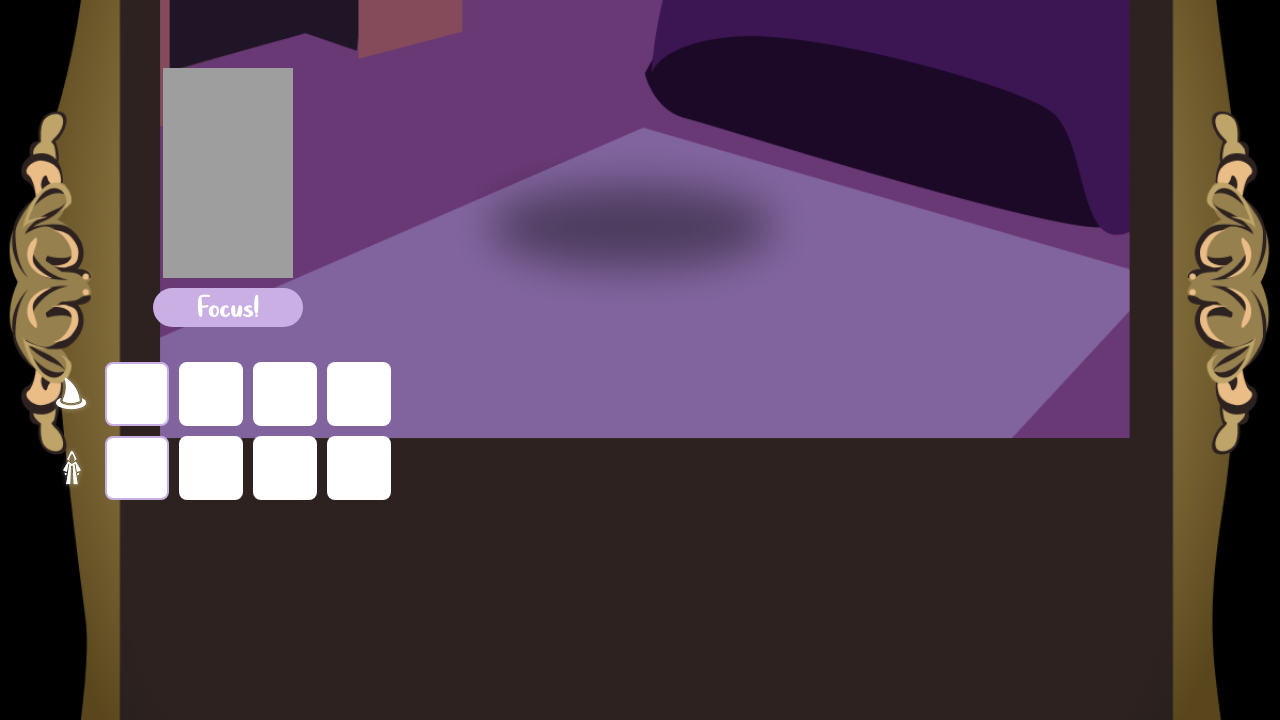
Repository: zhangolivia7/Little-Witch-Alcove
Page: popup.html
An editor plug-in stored every save of this project. The page is shown before and after the next save, followed by the edit.
The browser window is 1280 px wide. The pictures show the whole page.
Pictures or frames that could not be fetched are drawn as grey boxes.

Above is the page before, as saved 2025-11-15 16:55:36.

### popup.html
<!DOCTYPE html>
<html>
  <head>
    <title>Little Witch Alcove</title>
    <link rel="stylesheet" href="popup.css">
  </head>
  <body>
    <div>
        <img src="Assets/Witch.png" alt="Witch" id="witch-img">
    </div>
    <button id="focus-btn">Focus!</button>

    <div id="customization">
        <div class="category-row">
            <img src="Assets/Icons/Hat Category.svg" alt="Hat" class="category-icon">
            <div class="items-scroll">
                <div class="item-slot selected"></div>
                <div class="item-slot"></div>
                <div class="item-slot"></div>
                <div class="item-slot"></div>
            </div>
        </div>
        <div class="category-row">
            <img src="Assets/Icons/Robe Category.svg" alt="Robe" class="category-icon">
            <div class="items-scroll">
                <div class="item-slot selected"></div>
                <div class="item-slot"></div>
                <div class="item-slot"></div>
                <div class="item-slot"></div>
            </div>
        </div>
    </div>

    <script src="popup.js"></script>
  </body>
</html>

### popup.css
@font-face {
    font-family: 'QuiteMagical';
    src: url('Assets/Font/QuiteMagicalRegular.ttf');
}

body {
    width: 400px;
    height: 500px;
    background-image: url('Assets/No UI.png');
    background-repeat: no-repeat;
    background-position: center center;
    background-size: cover;
    background-color: black;
    padding: 20px;
    font-family: 'QuiteMagical';
  }

  h1 {
    font-size: 18px;
    text-align: center;
  }

  #focus-btn {
    width: 150px;
    margin: 10px auto 0 auto;
    padding: 5px 2px 0px 2px;
    border-radius: 25px;
    background: #CAAFE5;
    color: white;
    font-family: 'QuiteMagical';
    font-size: 36px;
    border: none;
    cursor: pointer;
    display: block;
  }

  #witch-img {
    width: 130px;
    height: 210px;
    margin: 40px auto 0 auto;
    display: block;
  }

  #customization {
    margin-top: 25px;
    padding: 10px 0;
  }

  .category-row {
    display: flex;
    align-items: center;
    margin-bottom: 10px;
    gap: 10px;
    margin-left: 25px;
  }

  .category-icon {
    width: 42px;
    height: 42px;
    flex-shrink: 0;
    color: white;
  }

  .items-scroll {
    display: flex;
    gap: 10px;
    overflow-x: auto;
    overflow-y: hidden;
    flex: 1;
    scrollbar-width: none;
    -ms-overflow-style: none;
  }

  .items-scroll::-webkit-scrollbar {
    display: none;
  }

  .item-slot {
    width: 60px;
    height: 60px;
    background: white;
    border-radius: 8px;
    flex-shrink: 0;
    border: 2px solid transparent;
  }

  .item-slot.selected {
    border: 2px solid #CAAFE5;
  }

### popup.js
document.getElementById("focus-btn").addEventListener("click", () => {
    alert("Hex of Concentration activated! 🔮");
  });

After the next save:
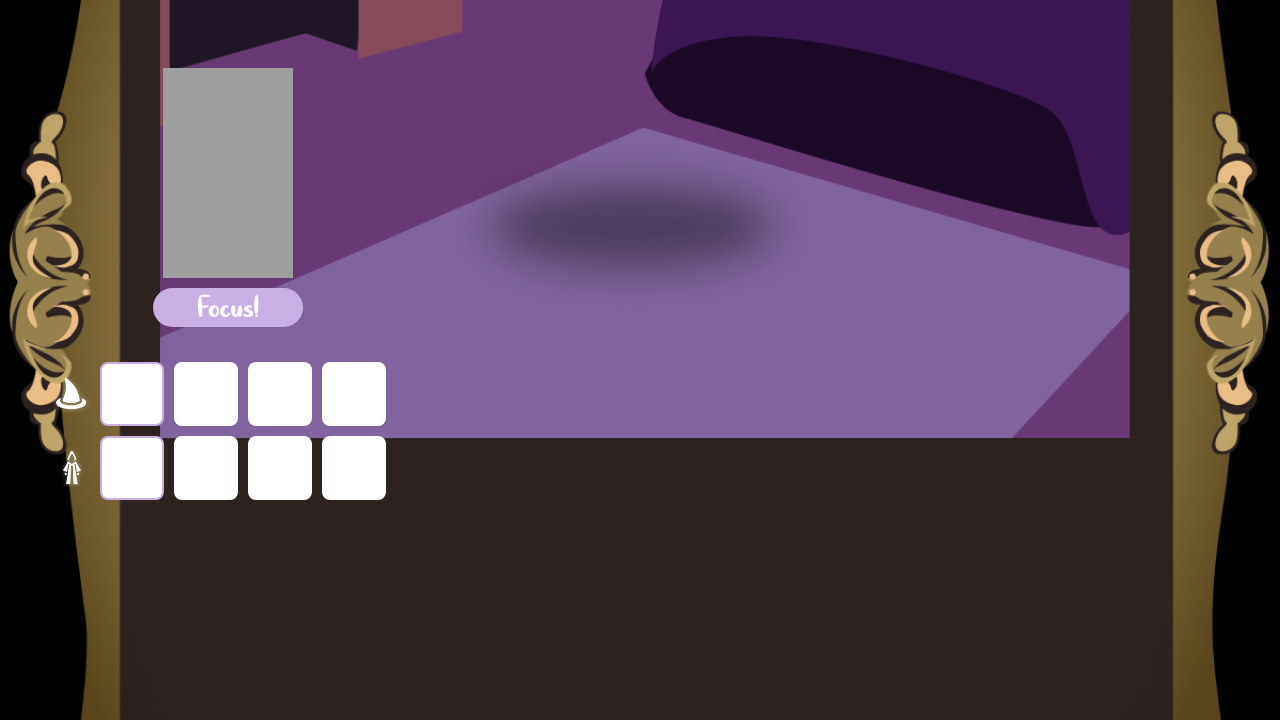
Saved 31 s later.
--- a/popup.css
+++ b/popup.css
@@ -50,7 +50,7 @@ body {
     display: flex;
     align-items: center;
     margin-bottom: 10px;
-    gap: 10px;
+    gap: 5px;
     margin-left: 25px;
   }
 
